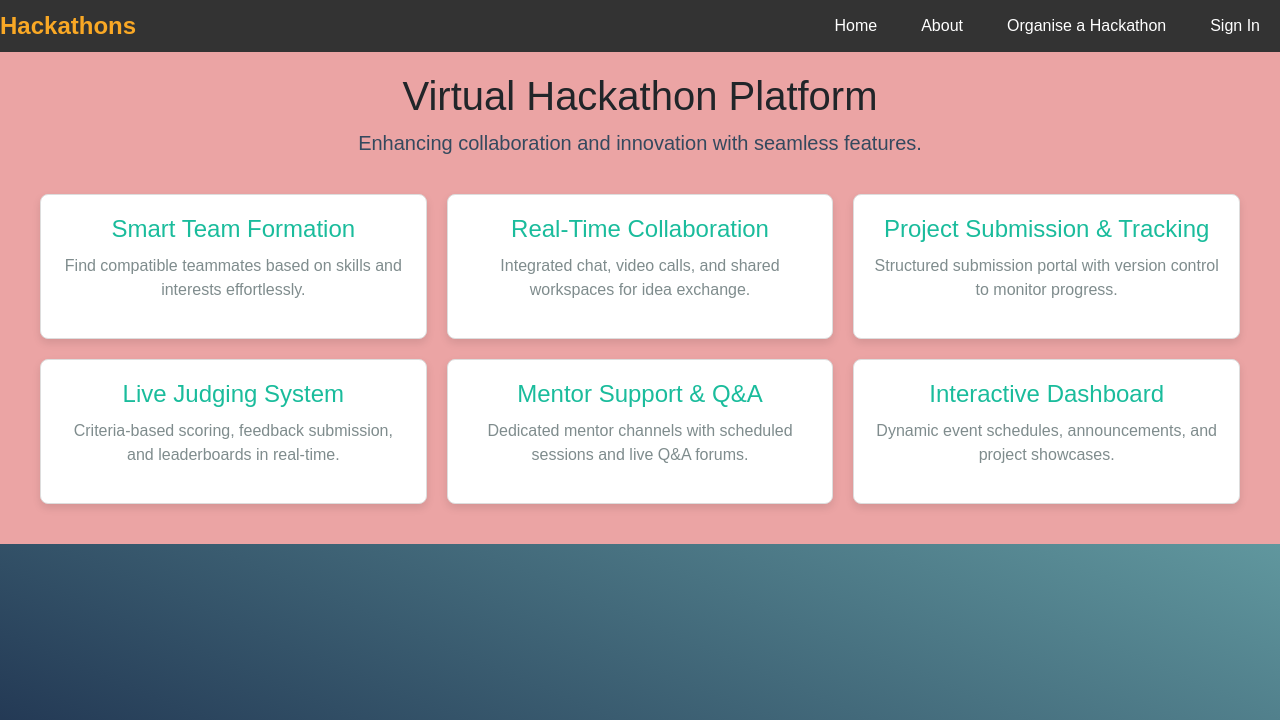
Repository: Ken-Kanike/RUBIX25_41_TECHTITANS
Page: / (app in backend/client/)
The author's editor kept a copy of each file at every save. The page is drawn from the files as they stood at one save, then again after the next save.
The browser window is 1280 px wide. The pictures show the whole page.
The project was rebuilt for these pictures with package versions that can differ from the ones it lists, and the page was loaded fresh each time. Also part of the build but not shown: backend/client/src/signin.js, backend/client/src/dashboardUSER.css, backend/client/src/dashboardUnavbar.js, backend/client/src/dashboardUSER.js.

Above is the page before, as saved 2025-01-23 02:10:38.

### backend/client/public/index.html
<!DOCTYPE html>
<html lang="en">
  <head>
    <meta charset="utf-8" />
    <!-- <link rel="icon" href="%PUBLIC_URL%/favicon.ico" /> -->
    <meta name="viewport" content="width=device-width, initial-scale=1" />
    <meta name="theme-color" content="#000000" />
    <!-- <meta
      name="description"
      content="Web site created using create-react-app"
    />
    <link rel="apple-touch-icon" href="%PUBLIC_URL%/logo192.png" />

      manifest.json provides metadata used when your web app is installed on a
      user's mobile device or desktop. See https://developers.google.com/web/fundamentals/web-app-manifest/

    <link rel="manifest" href="%PUBLIC_URL%/manifest.json" /> -->

    <title>React App</title>
    <link
      href="https://cdnjs.cloudflare.com/ajax/libs/font-awesome/5.15.3/css/all.min.css"
      rel="stylesheet"
    />
  </head>
  <body>
    <noscript>You need to enable JavaScript to run this app.</noscript>
    <div id="root"></div>

  </body>
</html>

### backend/client/src/App.js
import React from 'react';
import { BrowserRouter as Router, Route, Routes } from 'react-router-dom';
import Navbar from './navbar';
import HomePage from './homepage';
import SignInPage from './signin';
import Dashboard from "./dashboardUSER";
import './App.css';

function App() {
  return (
    <Router>
      <Navbar />
      <Routes>
        <Route path="/" element={<HomePage />} />
        <Route path="/signin" element={<SignInPage />} />
        <Route path="/dashboard" element={<Dashboard />} />
      </Routes>
    </Router>
  );
}

export default App;

### backend/client/src/navbar.js

import React from 'react';
import { Link, useLocation } from 'react-router-dom';
import './navbar.css';

const Navbar = () => {
    const location = useLocation();

    return (
        <nav className="navbar">
            <div className="navbar-logo">Hackathons</div>
            <ul className="navbar-links">

                {location.pathname !== "/signin" && (
                    <li><Link to="/">Home</Link></li>
                )}
                <li><Link to="#about">About</Link></li>
                <li><Link to="#organise">Organise a Hackathon</Link></li>
                {location.pathname === "/signin" ? (
                    <li><Link to="/">Home</Link></li>
                ) : (
                    <li><Link to="/signin">Sign In</Link></li>
                )}
            </ul>
        </nav>
    );
};

export default Navbar;

### backend/client/src/homepage.js
import React from 'react';
import './homepage.css';

const HomePage = () => {
    return (
        <div className="homepage-container">
            <h1>Virtual Hackathon Platform</h1>
            <p>Enhancing collaboration and innovation with seamless features.</p>

            <div className="features-section">
                <div className="feature-box">
                    <h2>Smart Team Formation</h2>
                    <p>Find compatible teammates based on skills and interests effortlessly.</p>
                </div>
                <div className="feature-box">
                    <h2>Real-Time Collaboration</h2>
                    <p>Integrated chat, video calls, and shared workspaces for idea exchange.</p>
                </div>
                <div className="feature-box">
                    <h2>Project Submission & Tracking</h2>
                    <p>Structured submission portal with version control to monitor progress.</p>
                </div>
                <div className="feature-box">
                    <h2>Live Judging System</h2>
                    <p>Criteria-based scoring, feedback submission, and leaderboards in real-time.</p>
                </div>
                <div className="feature-box">
                    <h2>Mentor Support & Q&A</h2>
                    <p>Dedicated mentor channels with scheduled sessions and live Q&A forums.</p>
                </div>
                <div className="feature-box">
                    <h2>Interactive Dashboard</h2>
                    <p>Dynamic event schedules, announcements, and project showcases.</p>
                </div>
            </div>
        </div>
    );
};

export default HomePage;

### backend/client/src/App.css
body {
  margin: 0;
  padding: 0;
  background: linear-gradient(to bottom left, #60979e, #050a30);
  color: #111111;
  font-family: Arial, sans-serif;
}
.App {
  text-align: center;
}

.App-logo {
  height: 40vmin;
  pointer-events: none;
}

@media (prefers-reduced-motion: no-preference) {
  .App-logo {
    animation: App-logo-spin infinite 20s linear;
  }
}

.App-header {
  background-color: #282c34;
  min-height: 100vh;
  display: flex;
  flex-direction: column;
  align-items: center;
  justify-content: center;
  font-size: calc(10px + 2vmin);
  color: white;
}

.App-link {
  color: #61dafb;
}

@keyframes App-logo-spin {
  from {
    transform: rotate(0deg);
  }
  to {
    transform: rotate(360deg);
  }
}

### backend/client/src/navbar.css

.navbar {
    display: flex;
    justify-content: space-between;
    align-items: center;
    padding: 0.8rem 2rem;
    background-color: #333;
    color: white;
    font-family: Arial, sans-serif;
}

.navbar-logo {
    font-size: 1.5rem;
    font-weight: bold;
    color: #f9a825;
}

.navbar-links {
    list-style: none;
    display: flex;
    gap: 1.5rem;
    margin: 0;
    padding: 0;
}

.navbar-links li {
    display: inline;
}

.navbar-links a {
    text-decoration: none;
    color: white;
    font-size: 1rem;
    transition: color 0.3s ease;
}

.navbar-links a:hover {
    color: #f9a825;
}

### backend/client/src/homepage.css

.homepage-container {
    font-family: Arial, sans-serif;
    padding: 20px;
    text-align: center;
    background-color: #eba4a4;
}


h1 {
    color: #2c3e50;
    font-size: 36px;
    margin-bottom: 10px;
}

p {
    font-size: 20px;
    color: #34495e;
    margin-bottom: 20px;
}


.features-section {
    display: grid;
    grid-template-columns: repeat(auto-fit, minmax(300px, 1fr));
    gap: 20px;
    padding: 20px;
}


.feature-box {
    background-color: #ffffff;
    border: 1px solid #ddd;
    border-radius: 8px;
    padding: 20px;
    box-shadow: 0 4px 8px rgba(0, 0, 0, 0.1);
    transition: transform 0.3s ease, box-shadow 0.3s ease;
}

.feature-box:hover {
    transform: translateY(-5px);
    box-shadow: 0 8px 16px rgba(0, 0, 0, 0.2);
}

.feature-box h2 {
    font-size: 24px;
    color: #1abc9c;
    margin-bottom: 10px;
}

.feature-box p {
    font-size: 16px;
    color: #7f8c8d;
}

### backend/client/src/dashboardUnavbar.css
/* Navbar Styles */
.navbar {
    display: flex;
    justify-content: space-between;
    align-items: center;
    padding: 10px 20px;
    background-color: #333;
    color: #fff;
}

.navbar-logo {
    font-size: 24px;
    font-weight: bold;
}

.navbar-links {
    list-style-type: none;
    margin: 0;
    padding: 0;
    display: flex;
}

.navbar-links li {
    margin-right: 20px;
}

.navbar-links li a {
    color: #fff;
    text-decoration: none;
}

.navbar-profile {
    position: relative;
}

.profile-circle {
    width: 40px;
    height: 40px;
    border-radius: 50%;
    background-color: #fff;
    display: flex;
    justify-content: center;
    align-items: center;
    overflow: hidden;
    cursor: pointer;
}

.profile-circle img {
    width: 100%;
    height: 100%;
    object-fit: cover;
}

.profile-circle span {
    font-size: 20px;
    color: #333;
}

Loaded but not shown: backend/client/src/index.js (common file); backend/client/src/index.css (common file); backend/client/src/reportWebVitals.js (common file)

After the next save:
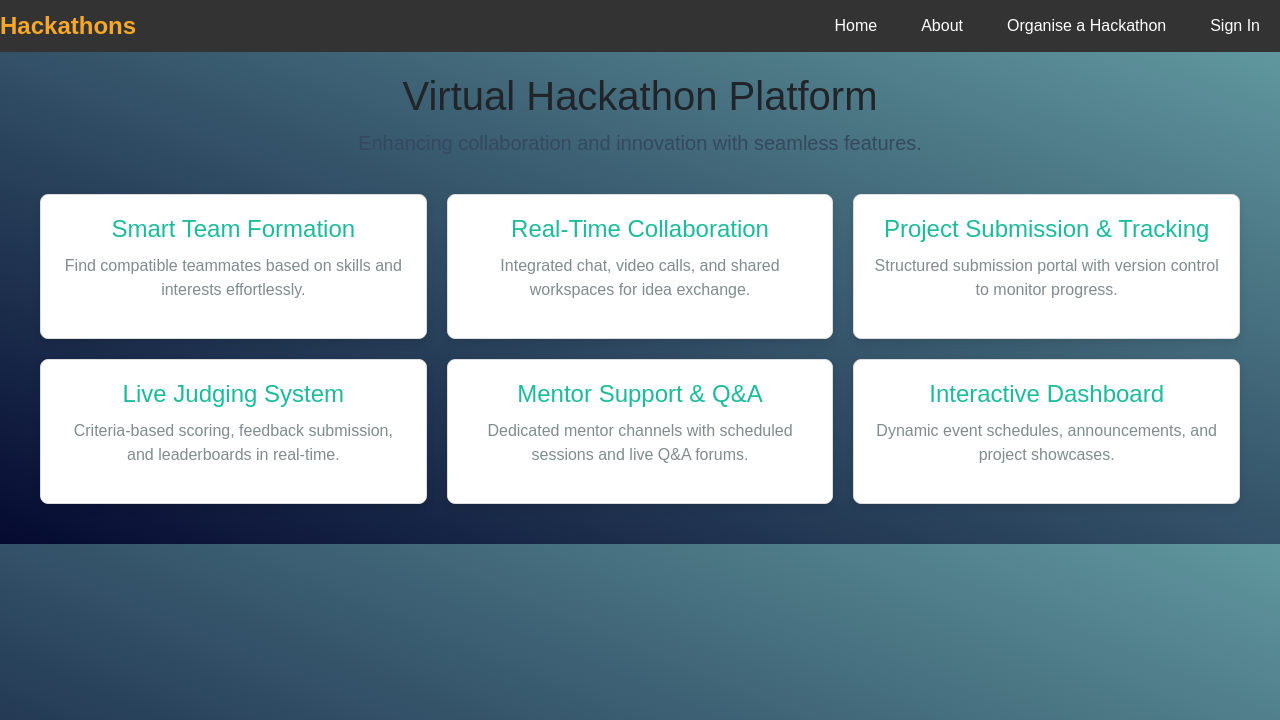
Saved 29 s later.
--- a/backend/client/src/homepage.css
+++ b/backend/client/src/homepage.css
@@ -3,7 +3,7 @@
     font-family: Arial, sans-serif;
     padding: 20px;
     text-align: center;
-    background-color: #eba4a4;
+    background: linear-gradient(to bottom left, #60979e, #050a30);
 }
 
 
